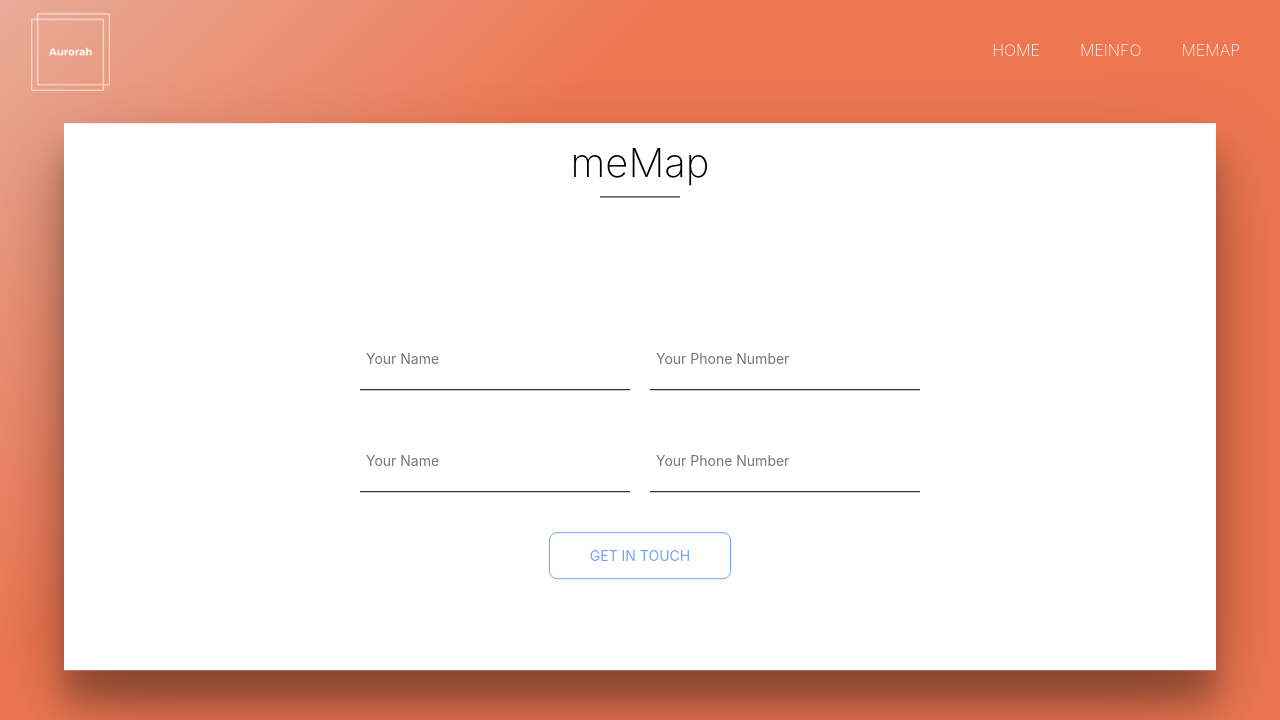
Repository: aasirvalji/saferMe
Page: /alt
These files come from the project's save history. The page is drawn as it stood at one moment and after the next save; the edit follows.
The browser window is 1280 px wide. The pictures show the whole page.
The project was rebuilt for these pictures with package versions that can differ from the ones it lists, and the page was loaded fresh each time. Also part of the build but not shown: src/components/Landing.js, src/styles/Services.css, src/components/Services.js, src/styles/MapDisplay.css, src/mapStyles.js, src/components/MapDisplay.js, src/styles/AboutDisplay.css, src/components/AboutDisplay.js and 1 more.

Above is the page before, as saved 2020-02-15 12:54:21.

After the next save:
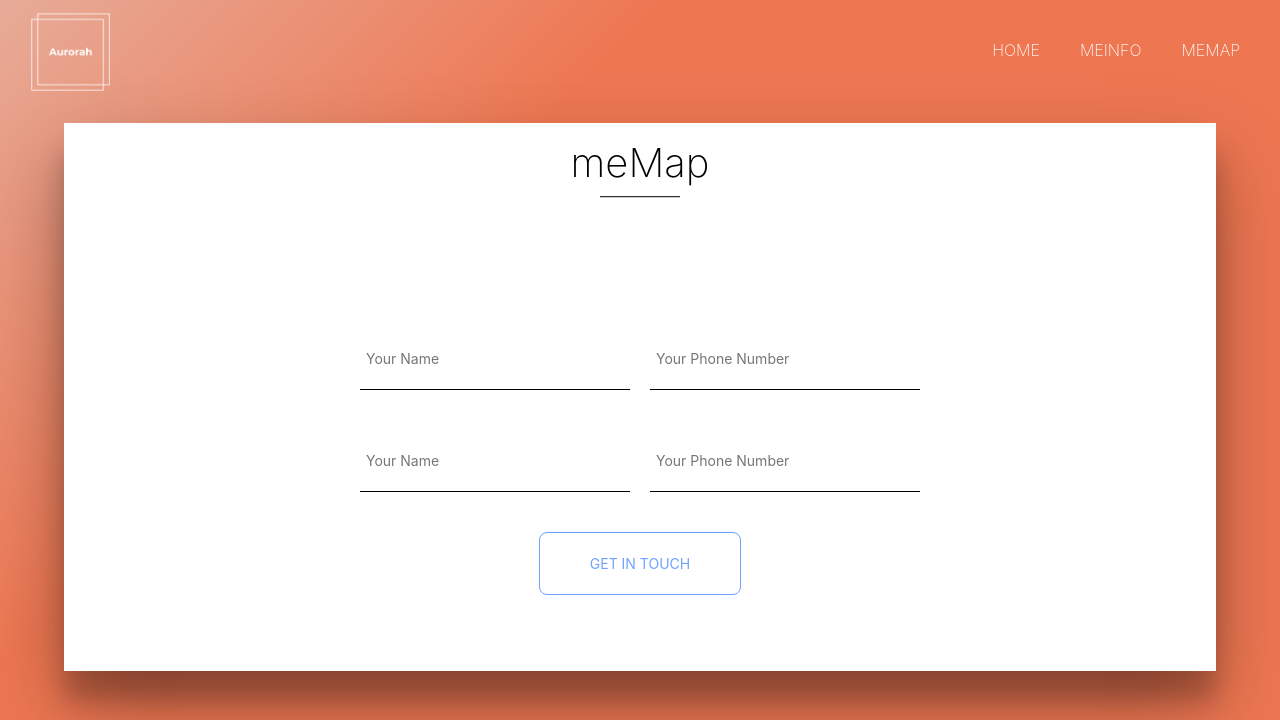
Saved 29 s later.
--- a/src/styles/AltDisplay.css
+++ b/src/styles/AltDisplay.css
@@ -174,7 +174,7 @@
     background: none;
     color: #70a1ff;
     border: 1px solid #70a1ff;
-    padding: 12px 40px;
+    padding: 20px 50px;
     border-radius: 8px;
     text-transform: uppercase;
     font-size: 14px;
